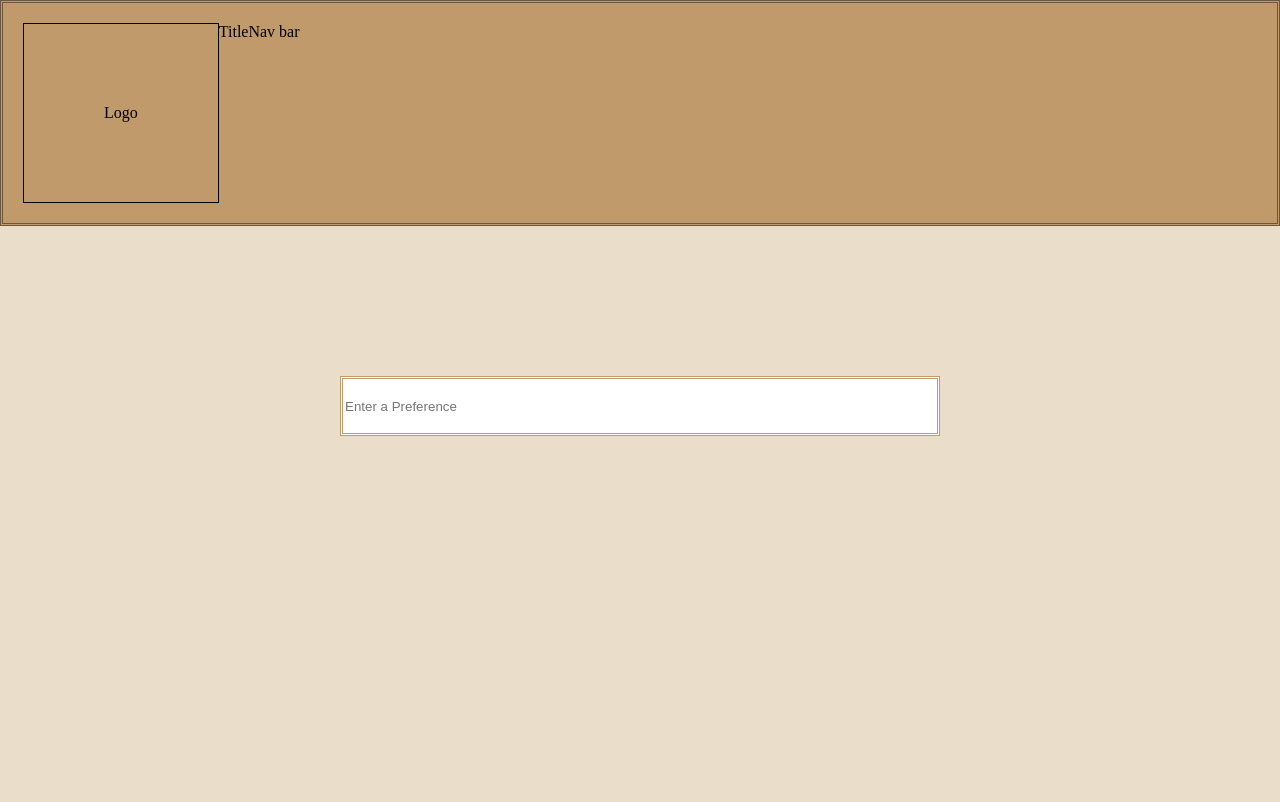
Repository: joshliu14/Travel-Mug
Page: /search
An editor plug-in stored every save of this project. The page is shown before and after the next save, followed by the edit.
The browser window is 1280 px wide. The pictures show the whole page.
The project was rebuilt for these pictures with package versions that can differ from the ones it lists, and the page was loaded fresh each time.

Above is the page before, as saved 2024-01-02 12:53:11.

### public/index.html
<!DOCTYPE html>
<html lang="en">
  <head>
    <meta charset="utf-8" />
    <link rel="icon" href="%PUBLIC_URL%/favicon.ico" />
    <link rel="stylesheet" href="./index.css" />
    <meta name="viewport" content="width=device-width, initial-scale=1" />
    <meta name="theme-color" content="#000000" />
    <meta
      name="description"
      content="Web site created using create-react-app"
    />
    <link rel="apple-touch-icon" href="%PUBLIC_URL%/logo192.png" />
    <!--
      manifest.json provides metadata used when your web app is installed on a
      user's mobile device or desktop. See https://developers.google.com/web/fundamentals/web-app-manifest/
    -->
    <link rel="manifest" href="%PUBLIC_URL%/manifest.json" />
    <!--
      Notice the use of %PUBLIC_URL% in the tags above.
      It will be replaced with the URL of the `public` folder during the build.
      Only files inside the `public` folder can be referenced from the HTML.

      Unlike "/favicon.ico" or "favicon.ico", "%PUBLIC_URL%/favicon.ico" will
      work correctly both with client-side routing and a non-root public URL.
      Learn how to configure a non-root public URL by running `npm run build`.
    -->
    <title>Travel Mug</title>
  </head>
  <body>
    <noscript>You need to enable JavaScript to run this app.</noscript>
    <div id="root"></div>
    <!--
      This HTML file is a template.
      If you open it directly in the browser, you will see an empty page.

      You can add webfonts, meta tags, or analytics to this file.
      The build step will place the bundled scripts into the <body> tag.

      To begin the development, run `npm start` or `yarn start`.
      To create a production bundle, use `npm run build` or `yarn build`.
    -->
  </body>
</html>

### src/index.js
import React from "react";
import ReactDOM from "react-dom";
import App from "./App";

import { BrowserRouter } from "react-router-dom";

ReactDOM.render(
  <BrowserRouter>
    <App />
  </BrowserRouter>,
  document.getElementById("root")
);

### src/App.js
import React from "react";
import Home from "./Home";

import { Switch, Route } from "react-router-dom";

const App = () => {
  return (
    <Switch>
      <Route exact path="/search">
        <Home />
      </Route>
    </Switch>
  );
};

export default App;

### src/Home.js
import React from "react";
import "./Home.css";

class Search extends React.Component {
  render() {
    return (
      <div>
        <div className="top">
          <div className="logo">Logo</div>
          <div className="title">Title</div>
          <div className="nav">Nav bar</div>
        </div>
        <div className="bottom">
          <div className="search-container">
            <input className="search-bar" placeholder="Enter a Preference" />
          </div>
        </div>
      </div>
    );
  }
}

export default Search;

### src/Home.css
.top {
  background-color: #c19a6b;
  display: flex;
  min-width: fit-content;
  min-height: 20vh;
  border-width: 3px;
  justify-items: auto;
  border-color: #6d573d;
  border-style: double;
  padding: 20px;
}

.logo {
  padding: 80px 80px;
  border: 1px solid black;
}

.title {
}

.nav {
}

.bottom {
  background-color: #eaddca;
  display: flex;
  justify-content: center;
  min-width: fit-content;
  min-height: 80vh;
}

.search-container {
  justify-content: center;
  padding: 150px;
}

.search-bar {
  width: 600px;
  height: 60px;
  box-sizing: border-box;
  border-width: 3px;
  border-color: #c19a6b;
  border-style: double;
}

### public/index.css
html,
body {
  margin: 0px;
  padding: 0px;
}

After the next save:
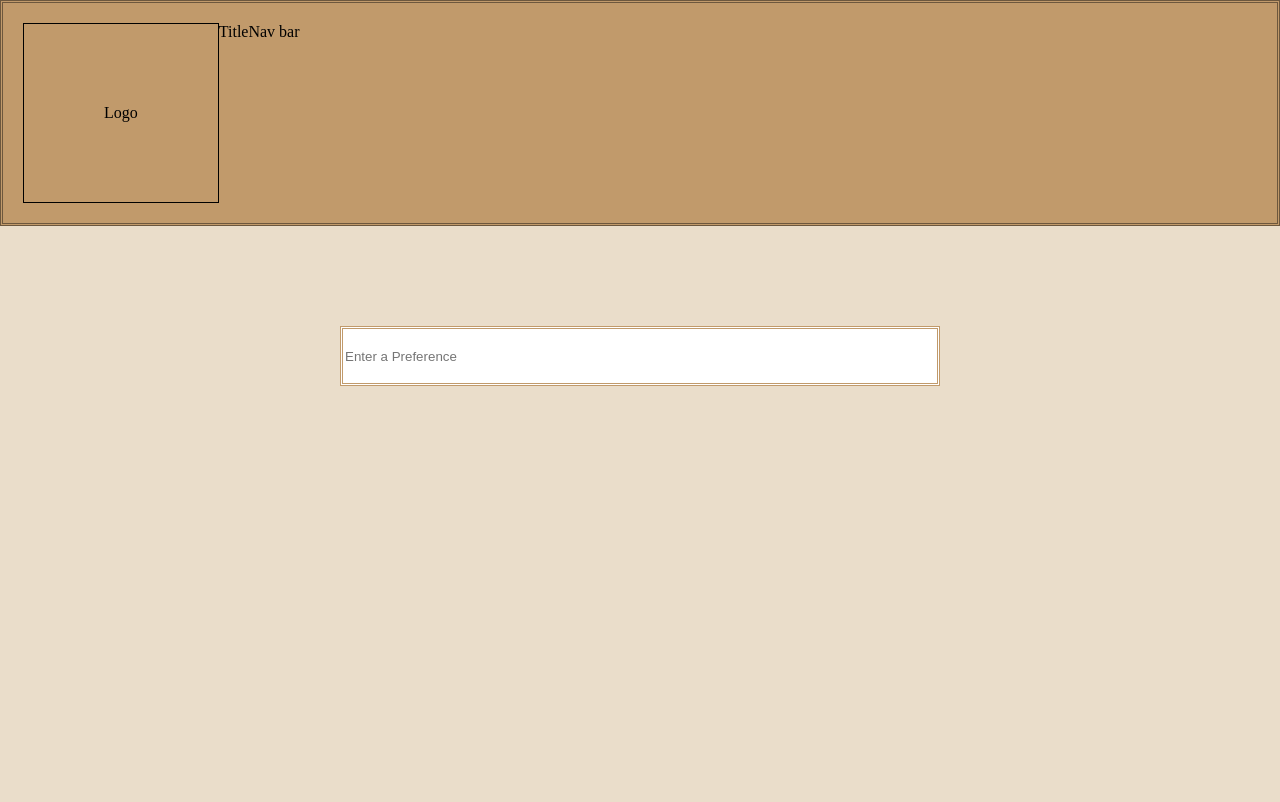
Saved 73 s later.
--- a/src/Home.css
+++ b/src/Home.css
@@ -31,7 +31,7 @@
 
 .search-container {
   justify-content: center;
-  padding: 150px;
+  margin-top: 100px;
 }
 
 .search-bar {
